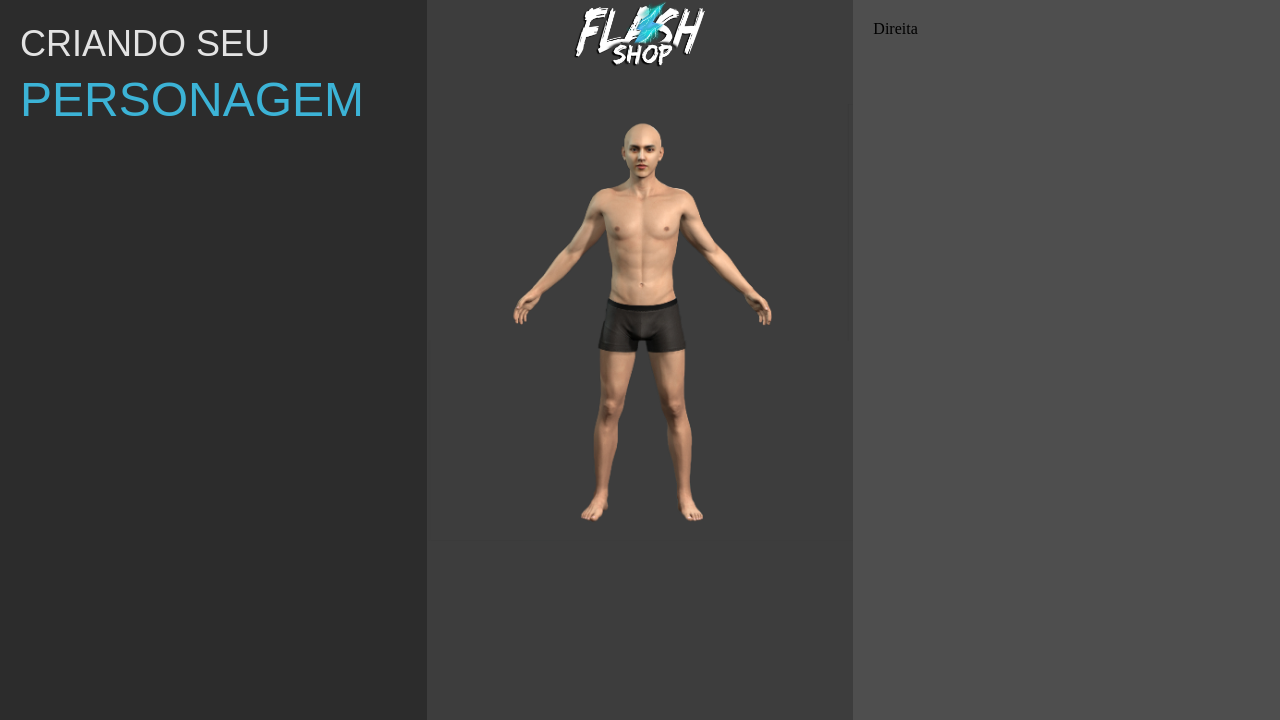
Repository: DuMCorrea/CriandoPerso
Page: index.html
These files come from the project's save history. The page is drawn as it stood at one moment and after the next save; the edit follows.
The browser window is 1280 px wide. The pictures show the whole page.

Above is the page before, as saved 2024-08-27 20:50:05.

After the next save:
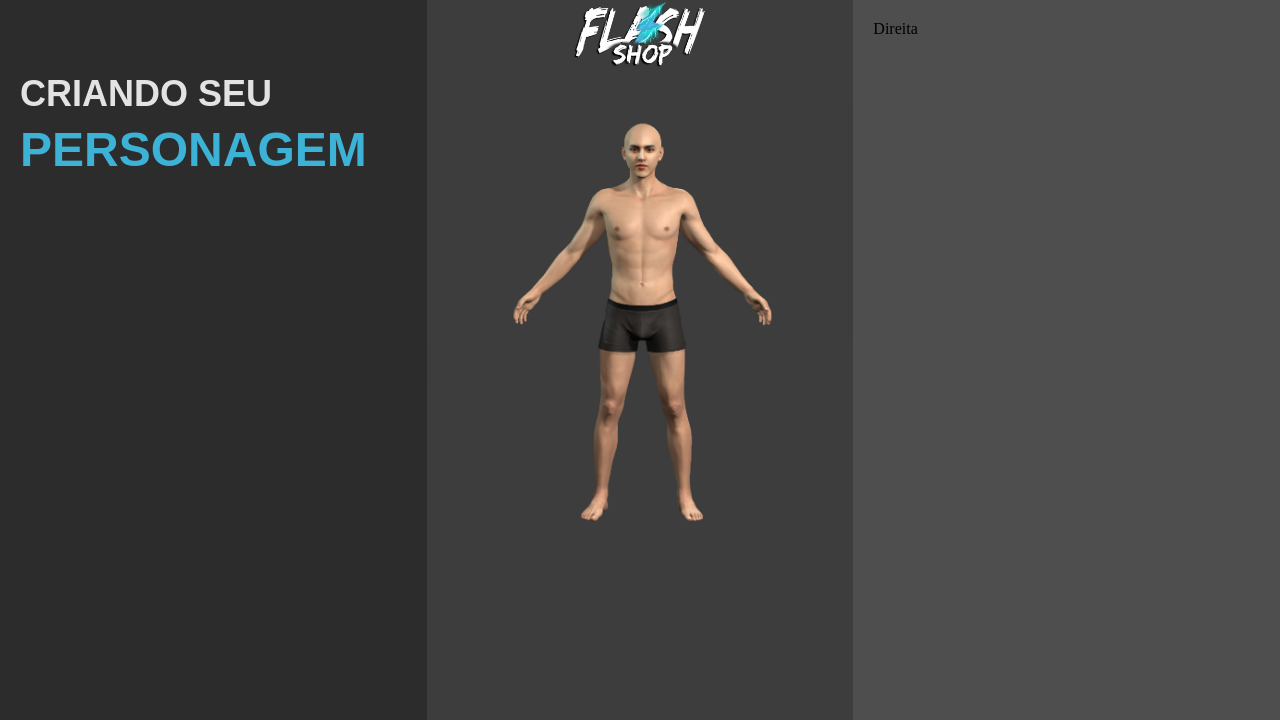
Saved 73 s later.
--- a/styles.css
+++ b/styles.css
@@ -36,27 +36,27 @@
 }
 
 .title {
-    margin: 0;
+    margin: 50px 0 0 0; /* Adiciona margem superior para mover o título para baixo */
     padding: 0;
 }
 
 .part1 {
     font-family: 'Baloo Bhai', sans-serif;
-    font-size: 36px; /* Fonte menor */
-    font-weight: 400;
-    line-height: 48px; /* Ajustado conforme o tamanho da fonte */
+    font-size: 36px;
+    font-weight: 700; /* Aumenta o peso da fonte para deixá-la mais grossa */
+    line-height: 48px;
     text-align: left;
-    color: #E3E3E3; /* Cor do texto */
+    color: #E3E3E3;
     display: block;
 }
 
 .part2 {
     font-family: 'Baloo Bhai', sans-serif;
-    font-size: 48px; /* Fonte menor */
-    font-weight: 400;
-    line-height: 64px; /* Ajustado conforme o tamanho da fonte */
+    font-size: 48px;
+    font-weight: 700; /* Aumenta o peso da fonte para deixá-la mais grossa */
+    line-height: 64px;
     text-align: left;
-    color: #3CB3D6; /* Cor do texto */
+    color: #3CB3D6;
     display: block;
 }
 
